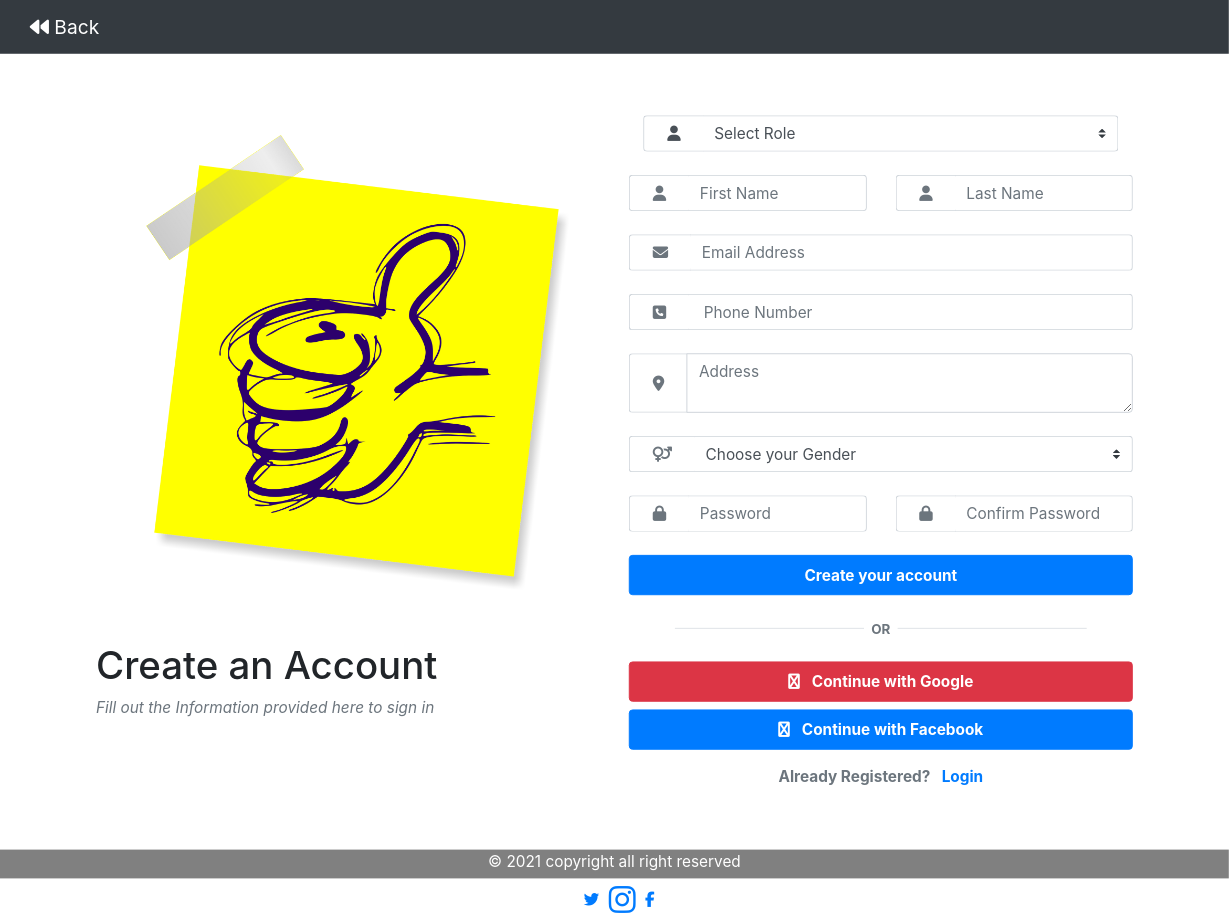
Repository: kalaprabhakar/Event_Management
Page: http://localhost/Event_Management_System/WEB-INF/pages/registration.jsp
These files come from the project's save history. The page is drawn as it stood at one moment and after the next save; the edit follows.
The browser window is 1280 px wide. The pictures show the whole page, at 96% of full size.
Some web libraries are served in a nearby version. The page is served by Tomcat 10. Nobody is signed in. The template is opened directly, without the code that normally fills it, so the values that code supplies are empty.

Above is the page before, as saved 2024-05-13 11:50:44.
Console error: ReferenceError: validatePassword is not defined

After the next save:
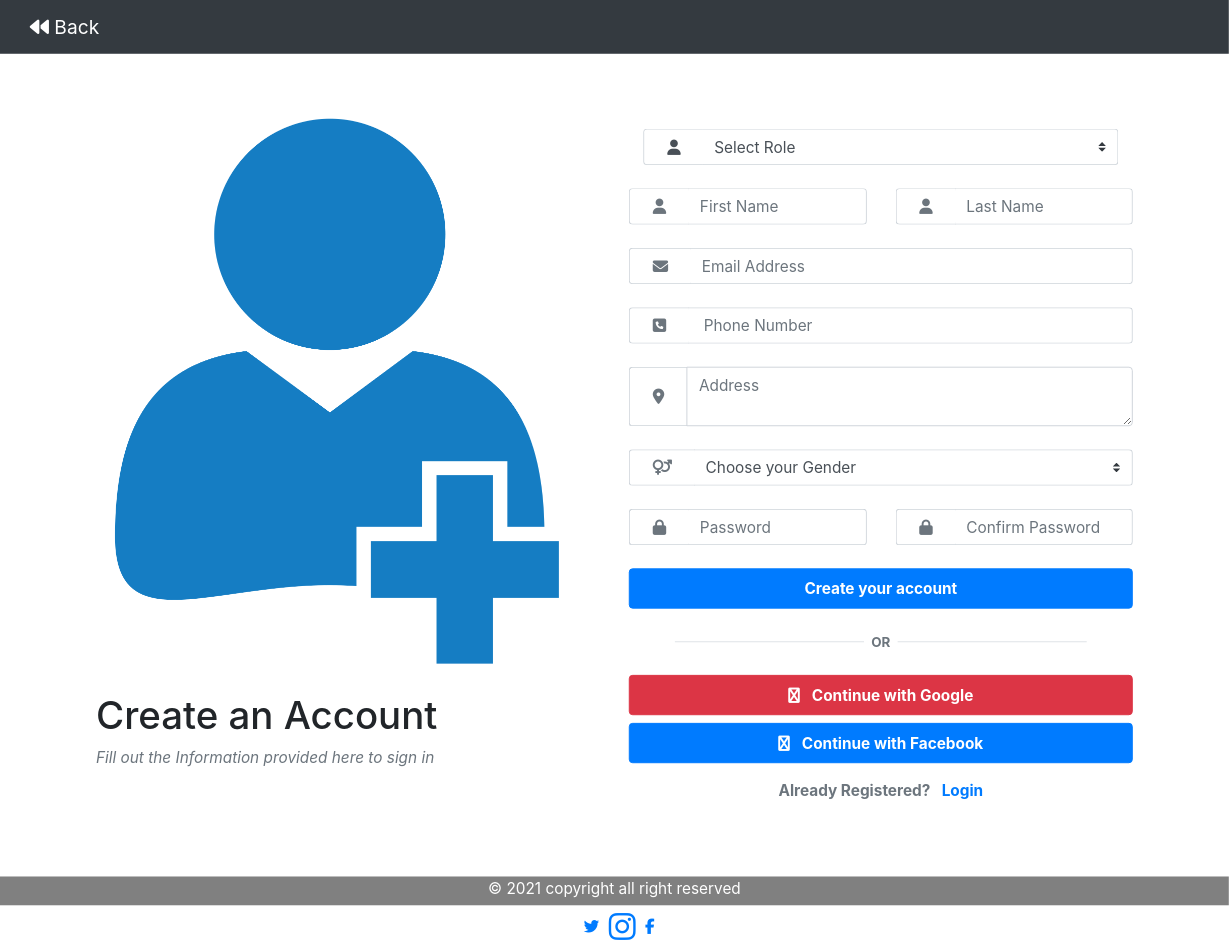
Saved 2 min 58 s later.
--- a/Hyscaler/Event_Management_System/src/main/webapp/WEB-INF/pages/registration.jsp
+++ b/Hyscaler/Event_Management_System/src/main/webapp/WEB-INF/pages/registration.jsp
@@ -18,7 +18,7 @@
     			<div class="row align-items-center my-5">
 
         				<div class="col-md-12 col-lg-6 col-sm-12 mb-5">
-            			<img src="images/thumbs-up.png" alt="" class="img-fluid mb-3 d-none d-md-block">
+            			<img src="images/register.png" alt="" class="img-fluid mb-3 d-none d-md-block">
        						<h1>Create an Account</h1>
            					<p class="font-italic text-muted mb-0">Fill out the Information provided here to sign in</p>
            			    	<div c:if="${reg_error != null}">
@@ -26,11 +26,11 @@
 							</div>
            			    </div>
 
-				        <!-- Registeration Form -->
+
 				        <div class="col-md-12 col-lg-6 col-sm-12 mt-3">
 				           <form  modelAttribute="user" method="POST">
 
-				             <!-- Role -->
+
 				                    <div class="input-group col-lg-12 mb-4">
 				                        <div class="input-group-prepend">
 				                            <span class="input-group-text bg-white px-4 border-md border-right-0">
@@ -44,7 +44,7 @@
 				                        </select>
 				                    </div>
 				                <div class="row">
-				                    <!-- First Name -->
+
 				                    <div class="input-group col-lg-6 mb-4">
 				                        <div class="input-group-prepend">
 				                            <span class="input-group-text bg-white px-4 border-md border-right-0">
@@ -54,7 +54,7 @@
 				                        <input id="firstName" type="text" name="firstName" placeholder="First Name" class="form-control bg-white border-left-0 border-md" required>
 				                    </div>
 
-				                    <!-- Last Name -->
+
 				                    <div class="input-group col-lg-6 mb-4">
 				                        <div class="input-group-prepend">
 				                            <span class="input-group-text bg-white px-4 border-md border-right-0">
@@ -64,7 +64,7 @@
 				                        <input id="lastName" type="text" name="lastName" placeholder="Last Name" class="form-control bg-white border-left-0 border-md" required>
 				                    </div>
 
-				                    <!-- Email Address -->
+
 				                    <div class="input-group col-lg-12 mb-4">
 				                        <div class="input-group-prepend">
 				                            <span class="input-group-text bg-white px-4 border-md border-right-0" >
@@ -74,7 +74,7 @@
 				                        <input id="email" type="email" name="email" placeholder="Email Address" class="form-control bg-white border-left-0 border-md" required>
 				                    </div>
 
-				                    <!-- Phone Number -->
+
 				                    <div class="input-group col-lg-12 mb-4">
 				                        <div class="input-group-prepend">
 				                            <span class="input-group-text bg-white px-4 border-md border-right-0">
@@ -85,7 +85,7 @@
 				                        <input id="phoneNumber" type="tel" name="contactNo" pattern="[6789][0-9]{9}" placeholder="Phone Number" class="form-control bg-white border-md border-left-0 pl-3" required>
 				                    </div>
 
-									<!-- Address -->
+
 				                    <div class="input-group col-lg-12 mb-4">
 				                        <div class="input-group-prepend">
 				                            <span class="input-group-text bg-white px-4 border-md border-right-0">
@@ -96,7 +96,7 @@
 
 				                    </div>
 
-				                    <!-- Gender -->
+
 				                    <div class="input-group col-lg-12 mb-4">
 				                        <div class="input-group-prepend">
 				                            <span class="input-group-text bg-white px-4 border-md border-right-0">
@@ -111,7 +111,7 @@
 				                    </div>
 
 
-				                    <!-- Password -->
+
 				                    <div class="input-group col-lg-6 mb-4">
 				                        <div class="input-group-prepend">
 				                            <span class="input-group-text bg-white px-4 border-md border-right-0">
@@ -121,7 +121,7 @@
 				                        <input id="password" type="password" name="password" oninput="checkInputs();" placeholder="Password" class="form-control bg-white border-left-0 border-md" required>
 				                    </div>
 
-				                    <!-- Password Confirmation -->
+
 				                    <div class="input-group col-lg-6 mb-4">
 				                        <div class="input-group-prepend">
 				                            <span class="input-group-text bg-white px-4 border-md border-right-0">
@@ -132,21 +132,21 @@
 				                    </div>
 
 
-				                    <!-- Submit Button -->
+
 				                    <div class="form-group col-lg-12 mx-auto mb-0">
 				                        <button type="submit" class="btn btn-primary btn-block py-2" name="adduser" >
 				                            <span class="font-weight-bold">Create your account</span>
 				                        </button>
 				                    </div>
 
-				                    <!-- Divider Text -->
+
 				                    <div class="form-group col-lg-12 mx-auto d-flex align-items-center my-4">
 				                        <div class="border-bottom w-100 ml-5"></div>
 				                        <span class="px-2 small text-muted font-weight-bold text-muted">OR</span>
 				                        <div class="border-bottom w-100 mr-5"></div>
 				                    </div>
 
-				                    <!-- Social Login -->
+
 				                    <div class="form-group col-lg-12 mx-auto">
 				                        <a href="#" class="btn btn-danger btn-block py-2 btn-facebook">
 				                            <i class="fa fa-facebook-f mr-2"></i>
@@ -158,7 +158,7 @@
 				                        </a>
 				                    </div>
 
-				                    <!-- Already Registered -->
+
 				                    <div class="text-center w-100">
 				                        <p class="text-muted font-weight-bold">Already Registered? <a href="signin" class="text-primary ml-2">Login</a></p>
 				                    </div>
